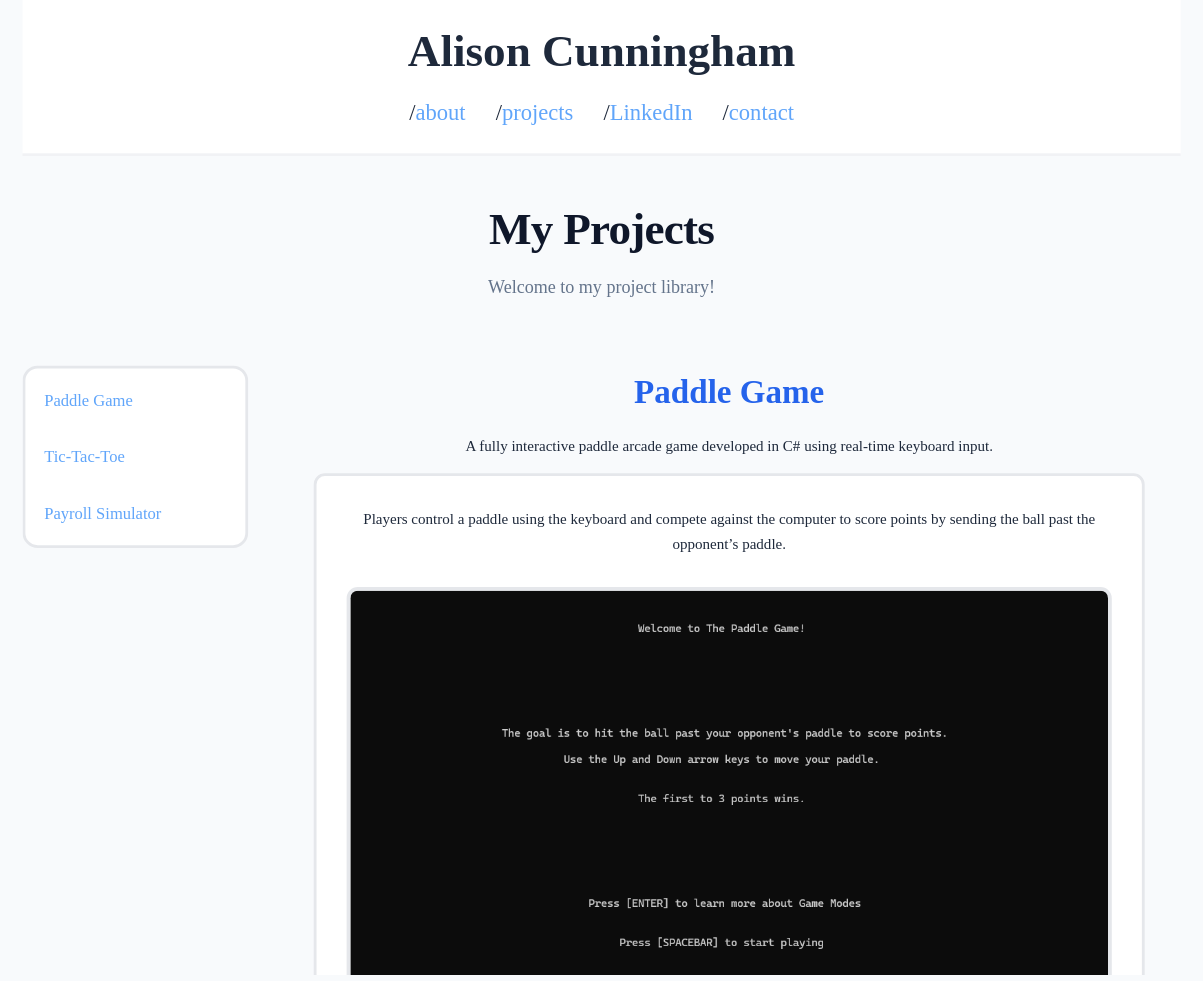
Repository: alison-cunningham/alison-cunningham
Page: pages/main-projects-page.html
An editor plug-in stored every save of this project. The page is shown before and after the next save, followed by the edit.
The browser window is 1280 px wide. The pictures show the whole page, at 94% of full size.
Some web fonts or font styles are not loaded; a fallback is used.

Above is the page before, as saved 2026-05-12 21:18:31.

### pages/main-projects-page.html
<!DOCTYPE html>
<html lang="en">
<head>
    <meta charset="UTF-8" />
    <title>Project - Paddle Game</title>
    <meta name="viewport" content="width=device-width, initial-scale=1.0">
    <link rel="stylesheet" href="../styles/pages.css"/>
    <link rel="stylesheet" href="../styles/globals.css"/>
</head>
<body>

    <header class="page-header">
        <h1>Alison Cunningham</h1>
        <div class="nav-bar">
            <a href="../index.html">/<span class="hover-text">about</span></a>
            <a href="./main-projects-page.html">/<span class="hover-text">projects</span></a>
            <a href="https://www.linkedin.com/in/alison-c-427578b5">/<span class="hover-text">LinkedIn</span></a>
            <a href="mailto:cunningham.alison.m@gmail.com">/<span class="hover-text">contact</span></a>
        </div>
    </header>

    <section class="project-card">
        <header class="main-header">
        <h2>My Projects</h2>
        <p>
            Welcome to my project library!
            <br>
        </p>
        </header>

        <div class="projects-layout">
            <nav>
            <a href="./paddle-game.html" target="myframe">
            Paddle Game
            </a>
            <a href="./tic-tac-toe.html" target="myframe">
            Tic-Tac-Toe
            </a>
            <a href="./payroll-simulator.html" target="myframe">
            Payroll Simulator
            </a>
            </nav>

            <section class="mainview">
                <iframe src="./paddle-game.html" name="myframe"></iframe>
            </section>
        </div>

    </section>

</body>


</html>

### styles/pages.css
body{
    display: flex;
    flex-direction: column;
    align-items: center;

    margin: 0 auto;
    padding: 0 1.5rem;

}

.main-header{
    display: grid;
    text-align: center;

    font-size: 1.2rem;
}

.main-header h2{
    font-size: 3rem;

    margin-bottom: 0.5rem;

    color: #0f172a;
    letter-spacing: -0.05rem;
}

.main-header p{
    margin-top: 0;

    font-size: 1.2rem;
    color: #64748b;
}

.project-header{
    display: grid;
    justify-content: center;
    text-align: center;

}

.project-header h1{
    margin-bottom: 0;

    font-size: 2.2rem;

    color: #2563eb;
}

nav{
    width: 100%;
    margin: 1rem auto;
    padding: .75rem;

    background-color: #ffffff;
    border: .2rem solid #e5e7eb;
    border-radius: 1rem;

    display: flex;
    justify-content: center;
    gap: 1rem;
    flex-wrap: wrap;

}

nav a{

    color: #60a5fa;
    padding: .5rem .5rem;
    border-radius: .75rem;

    font-size: 1.1rem;

    transition:
        background-color 0.3s ease,
        color 0.3s ease,
        transform 0.3s ease;
}

nav a:hover{
    background-color: #34d399;
    color: white;
}

img{
    display: block;
    max-width: 100%;
    margin: 1rem auto;
    border: .3rem solid #e5e7eb;
    border-radius: .75rem;

    transition: transform 0.3s ease;
}

img:hover{
    transform: scale(1.09);
}

.project-description{
    max-width: 97%;

    margin: 0 auto 2rem;
    padding: 2rem;

    background-color: #ffffff;
    border: .2rem solid #e5e7eb;
    border-radius: .75rem;

    line-height: 1.7;
}

.project-description ul{
    margin-top: 1rem;
    margin-bottom: 1rem;
    padding-left: 1.5rem;
}

.project-link{
    display: block;
    width: fit-content;

    margin: 0 auto 3rem;
    padding: .75rem;

    background-color: #60a5fa;
    color: white;

    text-decoration: none;

    border-radius: .5rem;

    transition: background-color 0.3s ease;
    transition: transform 0.2s ease;
}

.project-link:hover{
    background-color: #34d399;
}

summary{
    text-align: center;
    margin-bottom: 2rem;
}

.learned{
    line-height: 2rem;
    background-color: #e5e7eb;
    padding: 0.3rem 1.5rem 1rem;
    margin: 0.2rem;
    border-radius: 0.75rem;
}

.payroll-breakdown{
    line-height: 1.4rem;
}

iframe{
    width: 100%;
    min-height: 80vh;
    border: 0;
}

@media (min-width: 768px){

    .projects-layout{
        display: flex;
        flex-direction: column;
        gap: 1.5rem;
    }

    .project-card{
        width:100%;
    }

    .main-header{
        padding-bottom: 3rem;
    }

}

@media (min-width: 1000px){

    .projects-layout{
        display: grid;
        grid-template-columns: 1fr 4fr;
        align-items: start;

        gap: 2rem;
        width: 100%;
    }

    nav{
        position: sticky;
        top: 2rem;

        display: flex;
        flex-direction: column;

        width: 100%;
        margin: 0;
    }

    nav a{
        width: 100%;
        text-align: left;
    }

    iframe{
        min-height: 90vh;
    }
}

### styles/globals.css
@font-face{
    font-family: 'Radio-Canada';
    src: url('../assets/fonts/Radio_Canada/RadioCanada-VariableFont_wdth\,wght.ttf')
}

*{
    box-sizing: border-box;
}

body{
    font-family: 'Radio-Canada';

    background-color: #f8fafc;
    color: #1e293b;

    line-height: 1.6;
    font-size: 1rem;

    margin: 0;
    overflow-x: hidden;
}


a{
    text-decoration: none;
    color: inherit;
}

h3{
    font-size: 1.4rem;
    margin-bottom: 1rem;
    color: #0f172a;
}

.page-header{

    font-size: 1.3rem;
    width: 100%;
    padding: 1rem 0;

    background-color: #ffffff;
    border-bottom: .2rem solid #e5e7eb85;

    display: flex;
    flex-direction: column;
    align-items: center;
    justify-content: center;
    text-align: center;


}

header h1{
    font-size: 3rem;
    margin: 0;
}

.nav-bar{
    display: flex;
    gap: 2rem;

    width: 100%;
    max-width: 100%;

    overflow-x: auto;

    padding: 0.5rem 1rem;
    margin: 0;

    font-size: 1.5rem;
}

.nav-bar::-webkit-scrollbar{
    height: 0.45rem;
}

.nav-bar::-webkit-scrollbar-track{
    background: #e5e7eb;
    border-radius: 999rem;
}

.nav-bar::-webkit-scrollbar-thumb{
    background: #34d399;
    border-radius: 999rem;
}

.hover-text{
    color: #60a5fa;
    position: relative;
}

.hover-text:hover{
    color: #34d399;
}

.hover-text::after{
    content:"";
    position: absolute;
    left: 0;
    bottom: -2px;

    width: 0%;
    height: 2px;
    background: #34d399;
    transition: width 0.6s ease;

}

.hover-text:hover::after {
    width: 100%;
}

@media (min-width: 768px){
    .nav-bar{
        justify-content: center;
        overflow-x: visible;
    }
}

### pages/paddle-game.html
<!DOCTYPE html>
<html lang="en">
<head>
    <meta charset="UTF-8" />
    <title>Project - Paddle Game</title>
    <meta name="viewport" content="width=device-width, initial-scale=1.0">
    <link rel="stylesheet" href="../styles/globals.css"/>
    <link rel="stylesheet" href="../styles/pages.css">
</head>
<body>
    <header class="project-header">
        <h1>Paddle Game</h1>
        <p>
            A fully interactive paddle arcade game developed in C# using real-time keyboard input.
        </p>
    </header>

    <section class="project-description">
        <summary>
            Players control a paddle using the keyboard and compete against the computer to score points by sending the ball past the opponent’s paddle.
        </summary>

        <img src="../assets/images/paddle-game-screenshot-2.png" alt="Screenshot from Paddle Game gameplay">

        The game features:
        <ul>
            <li>AI-controlled opponent with multiple difficulty levels</li>
            <li>Collision detection</li>
            <li>Score tracking</li>
            <li>Randomized gameplay modifiers that change the mechanics after each round</li>
        </ul>


        To make gameplay more dynamic and unpredictable, special game modes such as Ghost Ball, Fast Ball, Curve Ball, Drunk Paddle, and Small Paddle are randomly activated throughout the match.
    </section>

    <section class="learned">

        <h3>What I learned:</h3>
        <p>This project introduced and strengthened my understanding of core game development concepts including game loops, object movement, simple AI behavior, collision handling, frame synchronization, and state management within a console application environment.</p>

    </section>

    <br>

    <a class="project-link"
        href="https://github.com/alison-cunningham/PaddleGame-2D-Collision-Simulation.git"
        target="_blank">
        View GitHub Repo
    </a>

</body>

</html>

After the next save:
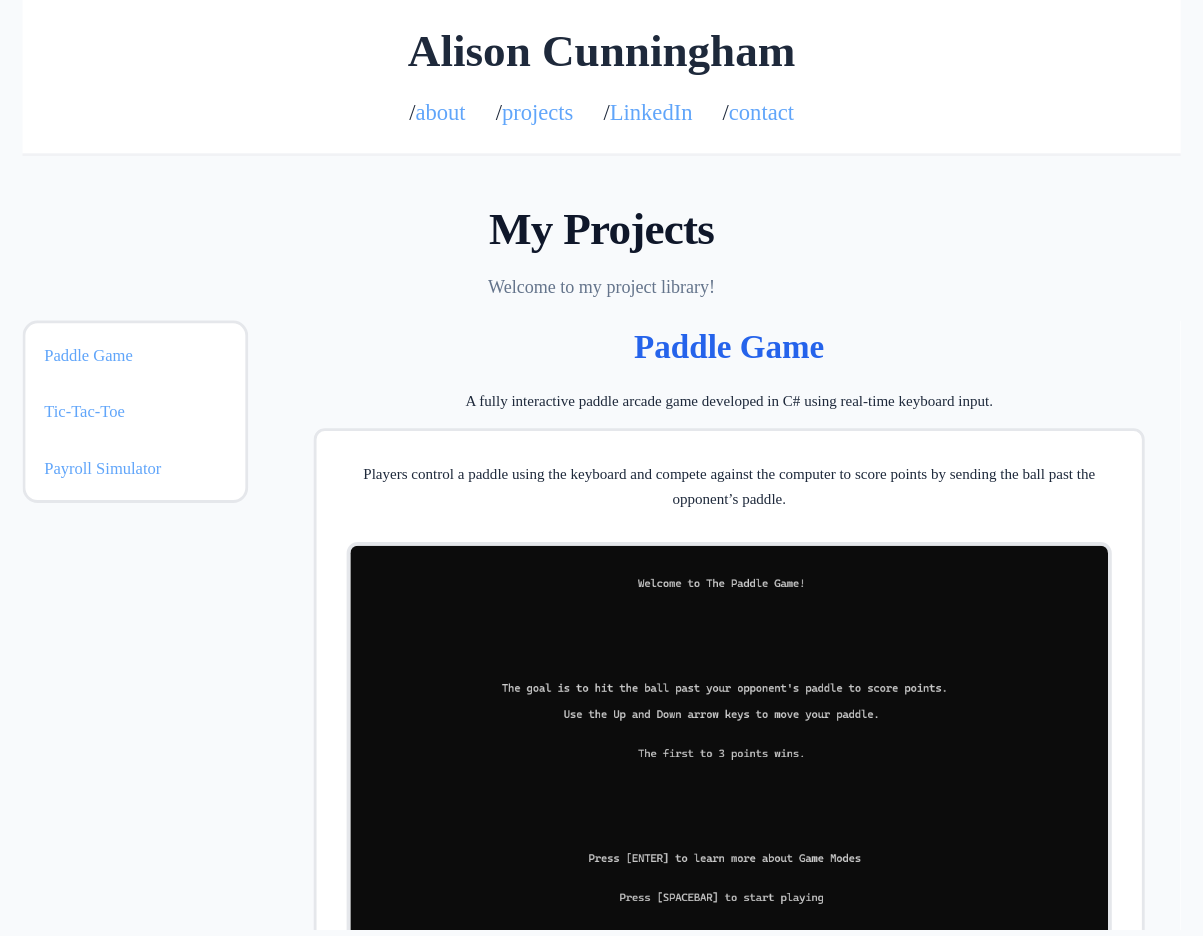
Saved 77 s later.
--- a/styles/pages.css
+++ b/styles/pages.css
@@ -171,9 +171,6 @@ iframe{
         width:100%;
     }
 
-    .main-header{
-        padding-bottom: 3rem;
-    }
 
 }
 
